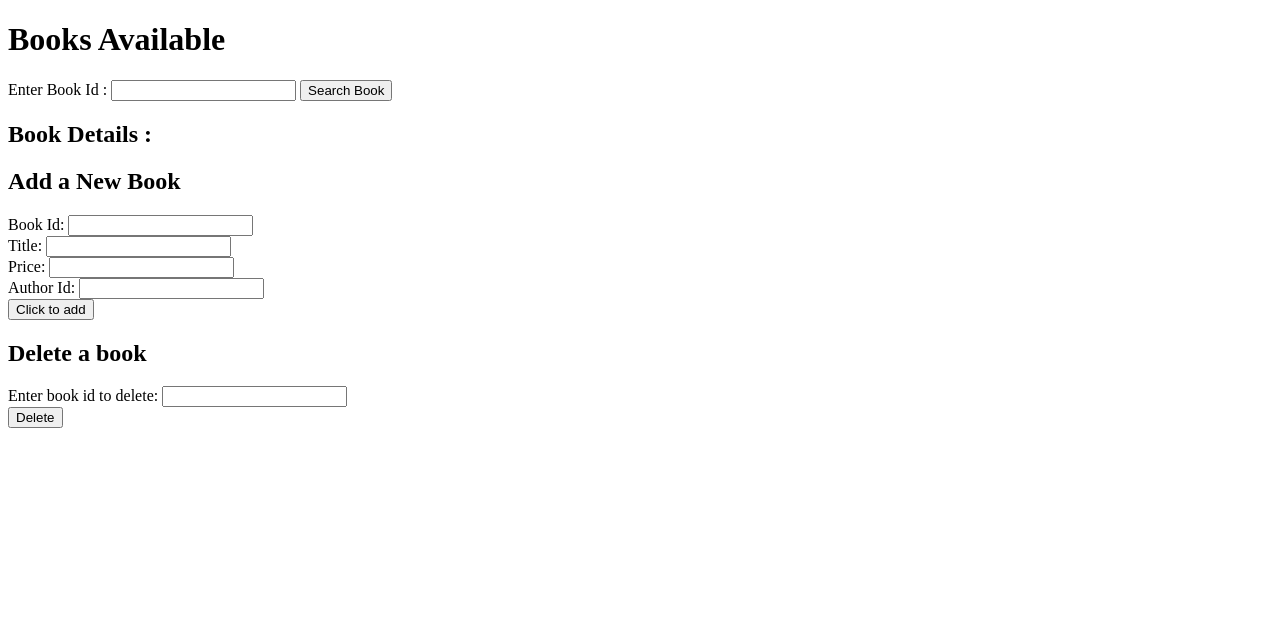
Repository: Jyoshika1263/Java-Training_Genpact
Page: shop/src/main/resources/static/book.html
The author's editor kept a copy of each file at every save. The page is drawn from the files as they stood at one save, then again after the next save.
The browser window is 1280 px wide. The pictures show the whole page.
The page's requests for data from a server got no answer.

Above is the page before, as saved 2025-03-03 10:02:19.

After the next save:
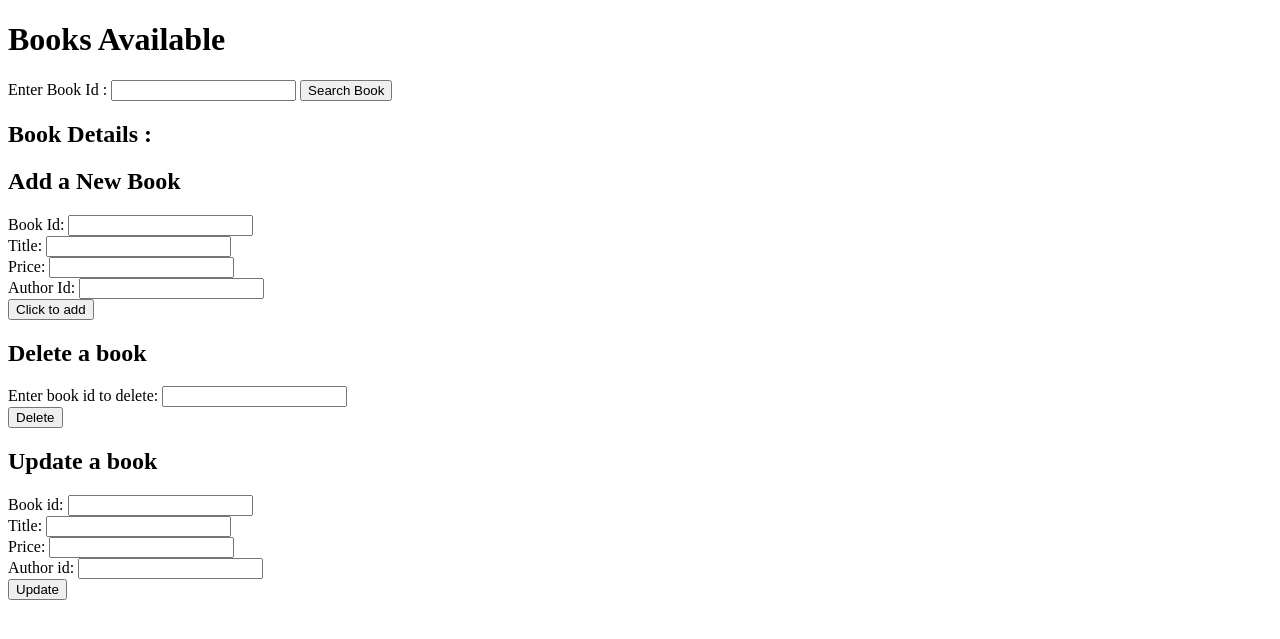
Saved 6 min 57 s later.
--- a/shop/src/main/resources/static/book.html
+++ b/shop/src/main/resources/static/book.html
@@ -27,6 +27,16 @@
 <label for="deleteBookId">Enter book id to delete:</label>
 <input type="number" id="deleteBookId"><br>
 <button onclick="deleteBook()">Delete</button>
+<h2>Update a book</h2>
+<label for="updateBookId">Book id:</label>
+<input type="number" id="updateBookId"><br>
+<label for="updateBookTitle">Title:</label>
+<input type="text" id="updateBookTitle"><br>
+<label for="updateBookPrice">Price:</label>
+<input type="number" id="updateBookPrice"><br>
+<label for="updateAuthorId">Author id:</label>
+<input type="number" id="updateAuthorId"><br>
+<button onclick="updateBook()">Update</button>
 <script>
 
 		//fetch books dynamically
